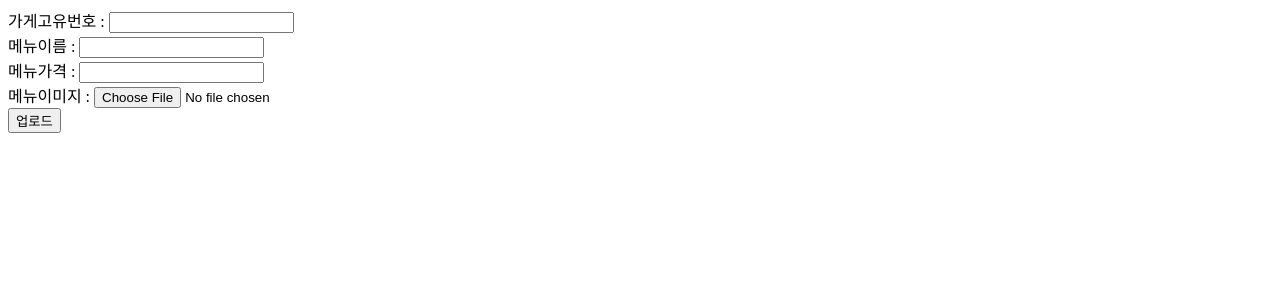
Repository: acredev/Restaurant_Management_System
Page: http://localhost/leekangjo/jsp/test/master/menu_add/menu_add.jsp
These files come from the project's save history. The page is drawn as it stood at one moment and after the next save; the edit follows.
The browser window is 1280 px wide. The pictures show the whole page.
The page is served by Tomcat 9.

Above is the page before, as saved 2023-05-27 17:19:59.

After the next save:
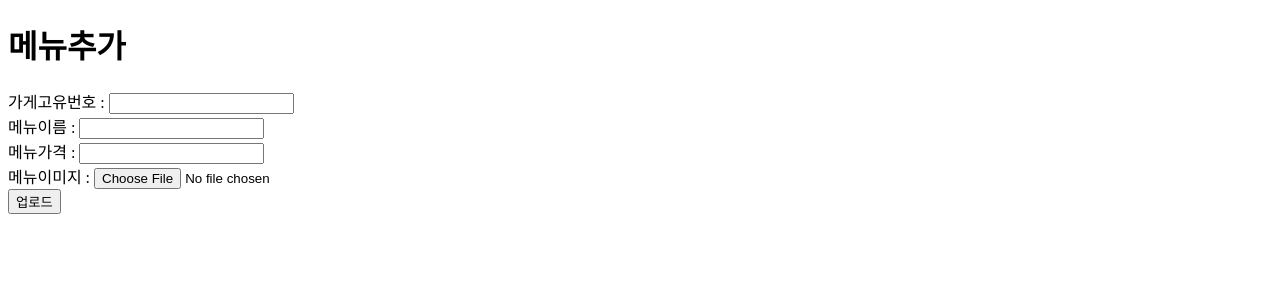
Saved 5 min 50 s later.
--- a/leekangjo/WebContent/jsp/test/master/menu_add/menu_add.jsp
+++ b/leekangjo/WebContent/jsp/test/master/menu_add/menu_add.jsp
@@ -7,6 +7,7 @@
 <title>Insert title here</title>
 </head>
 <body>
+	<h1>메뉴추가</h1>
 	<form action="menu_add_send.jsp" method="post" enctype="multipart/form-data">
 		가게고유번호 : <input type="text" name="store_num"><br>
 		메뉴이름 : <input type="text" name="menu_name"><br>
